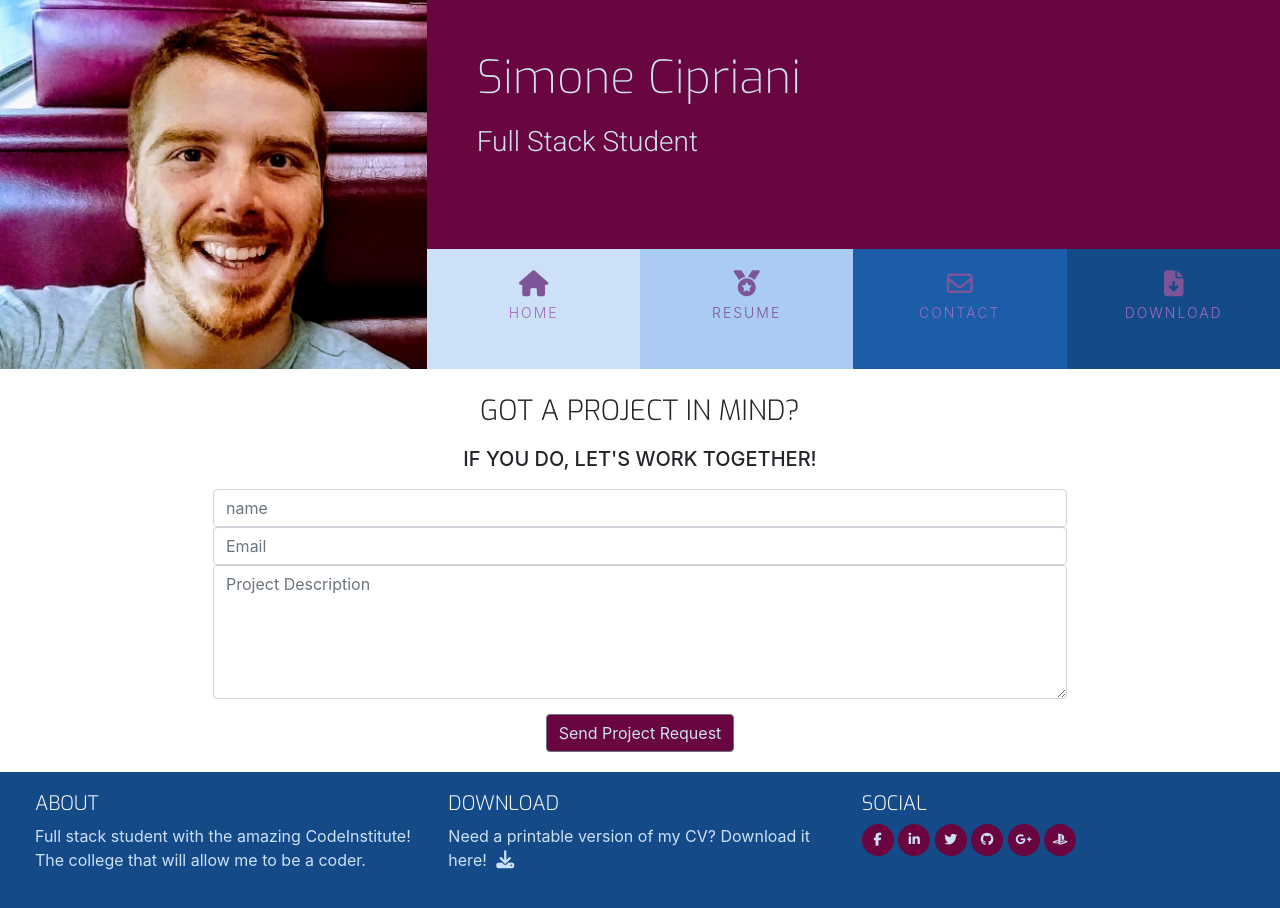
Repository: cipsim/resume
Page: contact.html
The author's editor kept a record of every edit. The page is drawn from the files as they stood at one moment, then again after the next edit.
The browser window is 1280 px wide. The pictures show the whole page.
Some web libraries are served in a nearby version.

Above is the page before.

After the next edit:
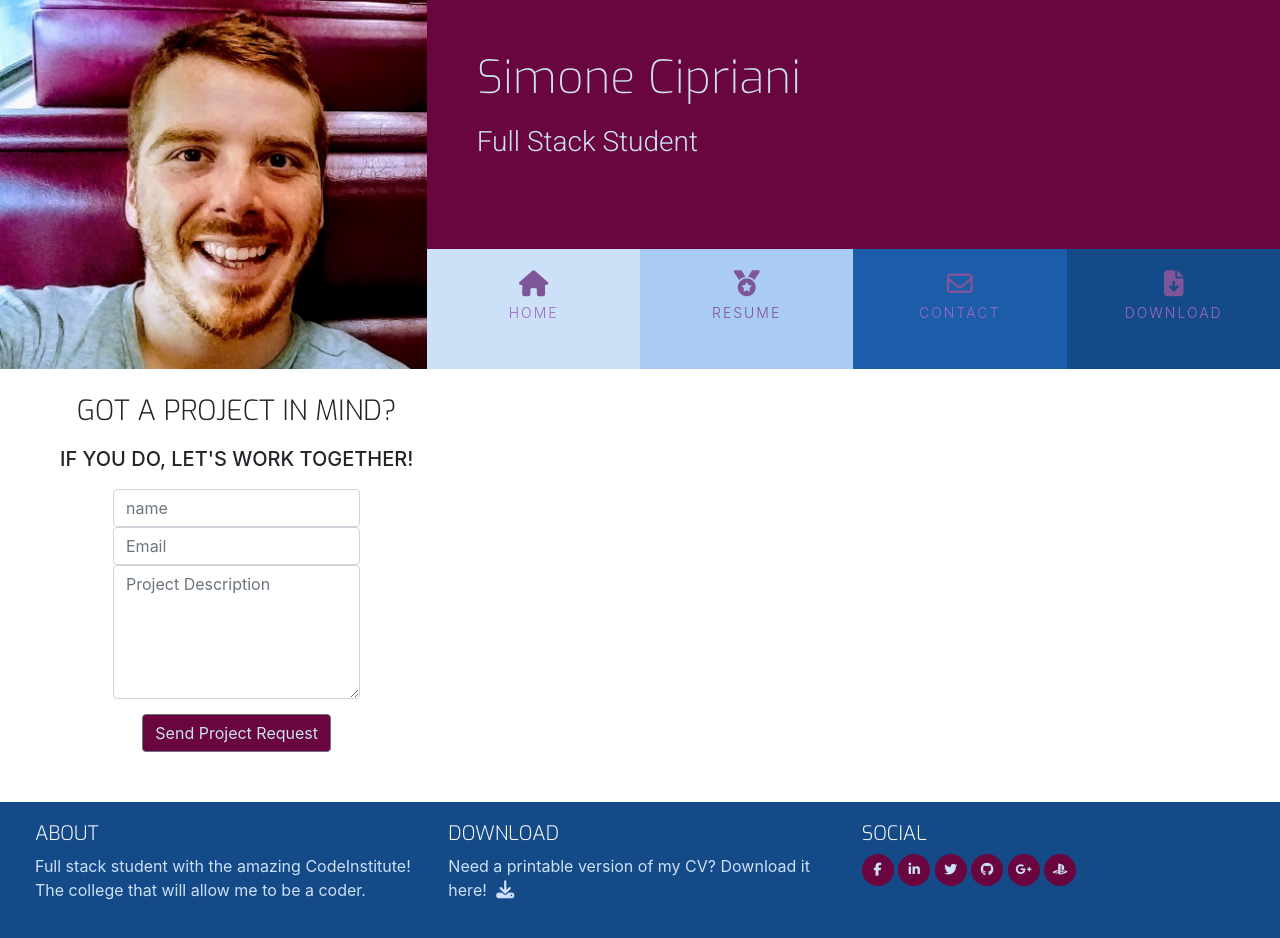
The edit:
--- a/contact.html
+++ b/contact.html
@@ -46,6 +46,7 @@
     </header>
 
     <section class="container-fluid">
+        <div class="section-column">
         <div class="ro bg-color-contact">
             <div class="col">
                 <h3 class="contact-heading uppercase text-center">Got a project in mind?</h3>

After the 2 edits that followed:
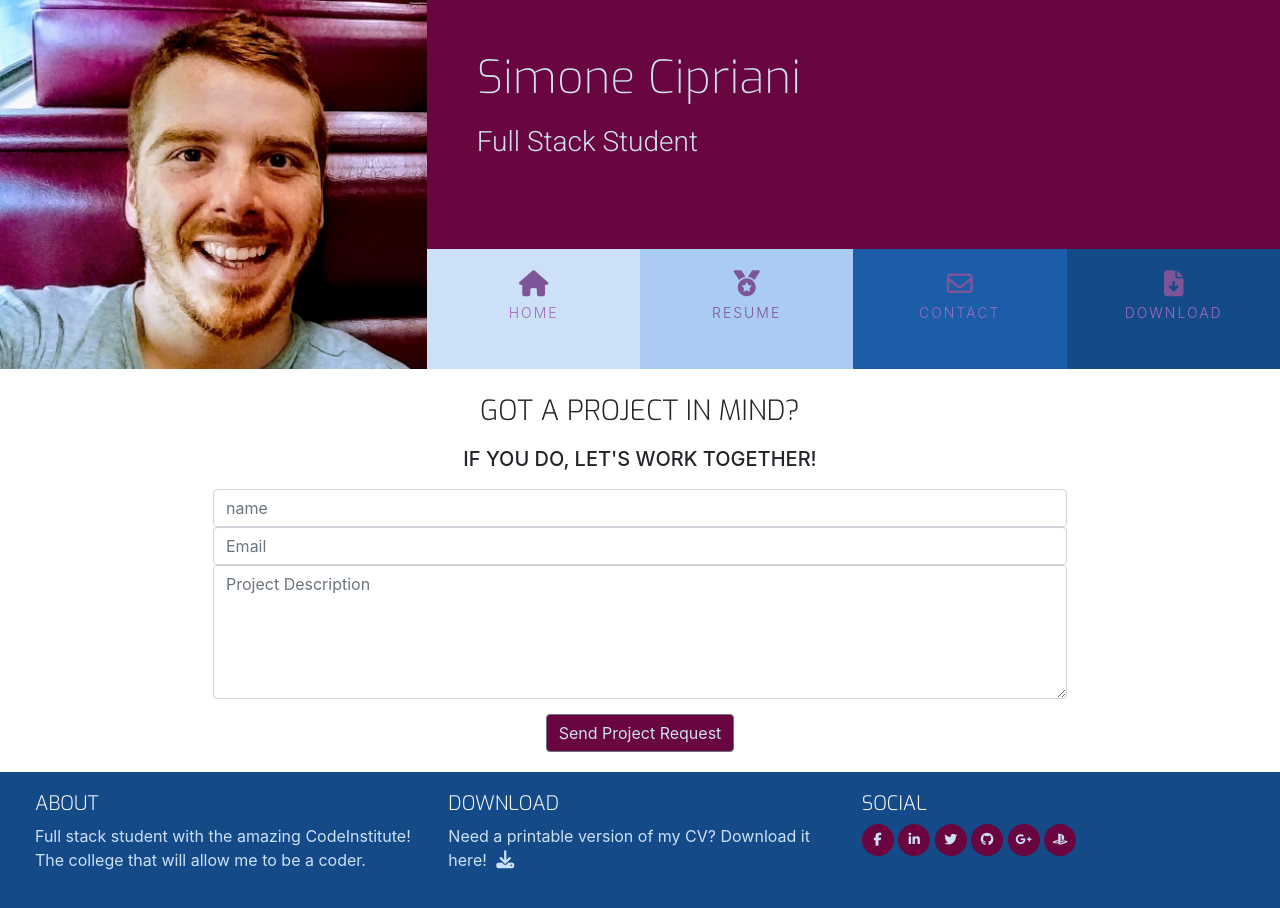
The 2 edits are shown as one change because 1 left the picture as it was.
The edit:
--- a/contact.html
+++ b/contact.html
@@ -46,8 +46,7 @@
     </header>
 
     <section class="container-fluid">
-        <div class="section-column">
-        <div class="ro bg-color-contact">
+                <div class="ro bg-color-contact">
             <div class="col">
                 <h3 class="contact-heading uppercase text-center">Got a project in mind?</h3>
                 <h5 class="uppercase text-center">If you do, let's work together!</h5>
@@ -65,6 +64,7 @@
                     </form>
                 </div>
             </div>
+        </div>
         </div>
     </section>
 
